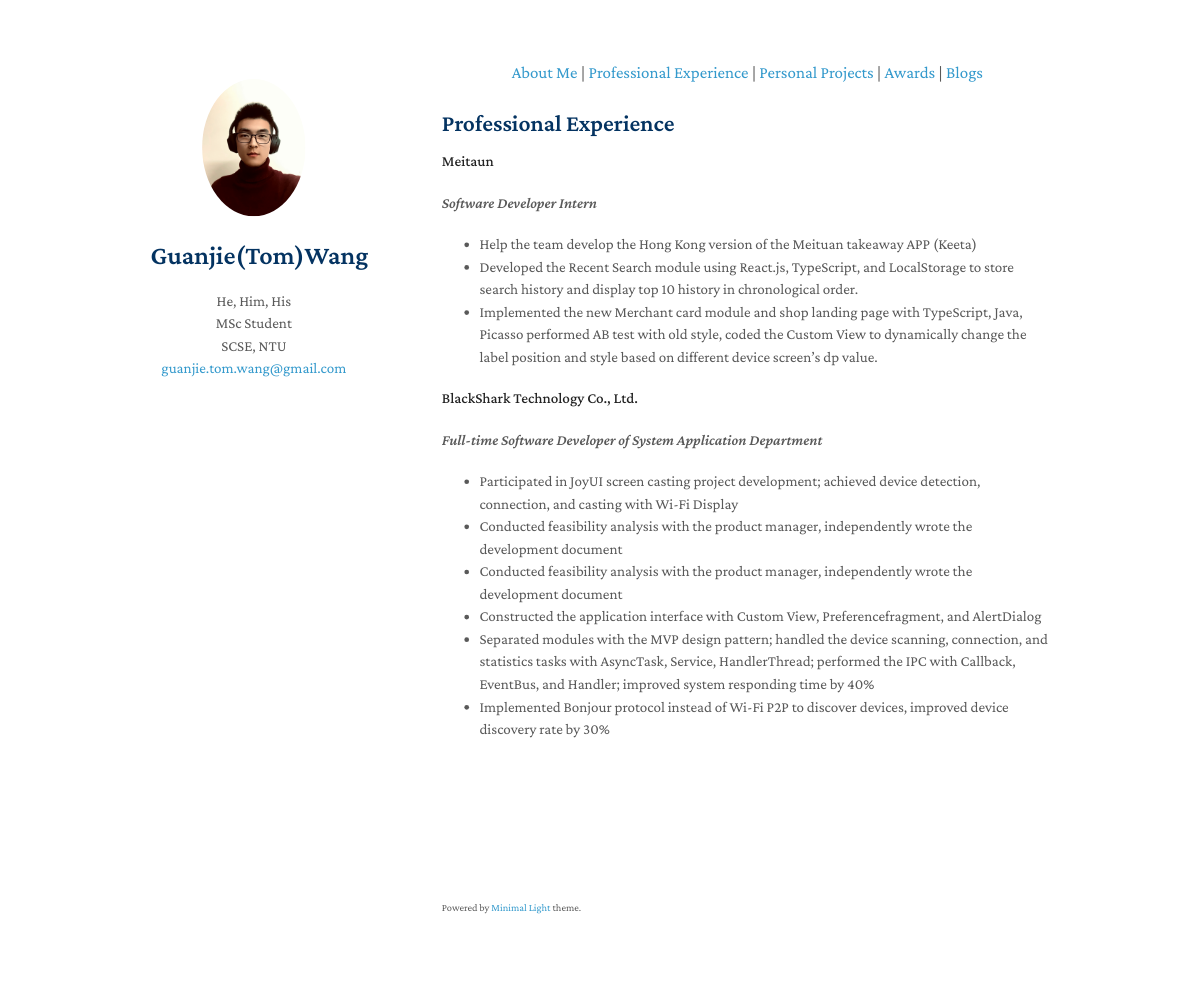
Repository: guanjie01/aboutme
Page: html/professional.html
These files come from the project's save history. The page is drawn as it stood at one moment and after the next save; the edit follows.
The browser window is 1280 px wide. The pictures show the whole page, at 94% of full size.

Above is the page before, as saved 2023-07-30 22:17:56.

### html/professional.html
<!DOCTYPE html>
<html lang="en" class="">
  <head>
    <meta http-equiv="Content-Type" content="text/html; charset=UTF-8" />
    <title>Guanjie Wang</title>
    <link rel="shortcut icon" href="../assert/Icon.ico" />
    <meta http-equiv="X-UA-Compatible" content="IE=edge" />
    <meta name="viewport" content="width=device-width, initial-scale=1" />
    <meta
      name="description"
      content="The Minimal Light is a simple and elegant jekyll theme for academic personal homepage."
    />

    <meta name="keywords" content="minimal academic" />

    <link rel="stylesheet" href="../css/academicons.min.css" />

    <link rel="stylesheet" href="../css/all.min.css" />

    <link rel="stylesheet" href="../css/style.css" />
    <link
      type="text/css"
      rel="stylesheet"
      charset="UTF-8"
      href="../css/translateelement.css"
    />
  </head>
  <script src="../js/Professional.js"></script>
  <body data-new-gr-c-s-check-loaded="14.1087.0" data-gr-ext-installed="">
    <div id="app">
      <div class="spinner">
        <div class="rect1"></div>
        <div class="rect2"></div>
        <div class="rect3"></div>
        <div class="rect4"></div>
        <div class="rect5"></div>
      </div>
      <p style="text-align: center; font-size: 28px">Loading, please wait... </p>
    </div>
    <div class="wrapper">
    <header id="hd">
      <a class="image avatar"
        ><img
          src="../assert/Photo.jpg"
          alt="avatar"
          oncontextmenu="return false"
      /></a>

      <h1>Guanjie(Tom)Wang</h1>
      He, Him, His
      <br />
      MSc Student
      <br />

      SCSE, NTU

      <br />
      <a href="mailto: guanjie.tom.wang@gmail.com"
        >guanjie.tom.wang@gmail.com</a
      >
    </header>
    <section id="main">
      <nav id="nav">
        <a href="https://o-guanjiewang-o.github.io/guanjiewang.com/index.html">About Me</a> |
        <a href="https://o-guanjiewang-o.github.io/guanjiewang.com/html/professional.html">Professional Experience</a> |
        <a href="https://o-guanjiewang-o.github.io/guanjiewang.com/html/project.html">Personal Projects</a> |
        <a href="https://o-guanjiewang-o.github.io/guanjiewang.com/html/awards.html">Awards</a> |
        <a href="https://o-guanjiewang-o.github.io/guanjiewang.com/html/blogs.html">Blogs</a>
      </nav>
      <br />
      <div id="work-experience">
        <h2>Professional Experience</h2>
        <p>
          <strong>Meitaun</strong>
        </p>
        <p>
          <em>Software Developer Intern</em>
        </p>
        <ul>
          <li>
            Help the team develop the Hong Kong version of the Meituan takeaway APP (Keeta)
          </li>
          <li>
            Developed the Recent Search module using React.js, TypeScript, and LocalStorage to store search history and display top 10 history in chronological order.
          </li>
          <li>
            Implemented the new Merchant card module and shop landing page with TypeScript, Java, Picasso performed AB test with old style, coded the Custom View to dynamically change the label position and style based on different device screen’s dp value.
          </li>
        </ul>

        <p>
          <strong>BlackShark Technology Co., Ltd.<br /> </strong>
        </p>
        <p>
          <em>Full-time Software Developer of System Application Department</em>
        </p>
        <ul>
          <li>
            Participated in JoyUI screen casting project development; achieved
            device detection, connection, and casting with Wi-Fi Display
          </li>
          <li>
            Conducted feasibility analysis with the product manager,
            independently wrote the development document
          </li>
          <li>
            Conducted feasibility analysis with the product manager,
            independently wrote the development document
          </li>
          <li>
            Constructed the application interface with Custom View,
            Preferencefragment, and AlertDialog
          </li>
          <li>
            Separated modules with the MVP design pattern; handled the device
            scanning, connection, and statistics tasks with AsyncTask, Service,
            HandlerThread; performed the IPC with Callback, EventBus, and
            Handler; improved system responding time by 40%
          </li>
          <li>
            Implemented Bonjour protocol instead of Wi-Fi P2P to discover
            devices, improved device discovery rate by 30%
          </li>
        </ul>
      </div>

      <div id="reference">
        <br /><br /><br /><br /><br /><br />

        <p>
          <small
            >Powered by
            <a
              href="https://github.com/yaoyao-liu/minimal-light"
              target="_blank"
              rel="noopener"
              >Minimal Light</a
            >
            theme.</small
          >
        </p>
      </div>
    </section>
  </div>
  </body>
</html>

### css/style.css
@import url("https://fonts.googleapis.com/css2?family=Crimson+Pro:ital,wght@0,400;0,500;0,600;1,600&display=swap");
@import url("https://fonts.googleapis.com/css2?family=Ubuntu+Mono&display=swap");
body {
  background-color: #fff;
  padding: 0px;
  font: 16px/1.5 Crimson Pro, serif;
  color: #595959;
  font-weight: 400;
  margin: 0;
}
@keyframes fadeInAnimation {
  0% {
    opacity: 0; /*设置不透明度*/
  }
  100% {
    opacity: 1;
  }
}
.social-icons a {
  display: inline-block;
  height: 3rem;
  width: 3rem;
  background-color: #495057;
  color: #fff !important;
  border-radius: 100%;
  text-align: center;
  font-size: 1.5rem;
  line-height: 3.1rem;
  margin-right: 1rem;
}
.social-icons a:last-child {
  margin-right: 0;
}
.social-icons a:hover {
  background-color: #000000;
}
autocolor {
  color: #494949;
}
lightonly {
  visibility: visible;
}
darkonly {
  visibility: hidden;
}
education {
  font-weight: 500;
  font-size: 115%;
}
papertitle {
  font-weight: 600;
  font-size: 100%;
}
@media (prefers-color-scheme: dark) {
  body {
    background-color: #20212b;
    color: #dadbdf;
  }
  autocolor {
    color: #dadbdf;
  }
  lightonly {
    visibility: hidden;
  }
  darkonly {
    visibility: visible;
  }
  papertitle {
    color: #eeeff0;
  }
}
.image {
  border-radius: 0.35em;
  border: 0;
  display: inline-block;
  position: relative;
}
.image:before {
  -moz-transition: opacity 0.2s ease-in-out;
  -webkit-transition: opacity 0.2s ease-in-out;
  -ms-transition: opacity 0.2s ease-in-out;
  transition: opacity 0.2s ease-in-out;
  border-radius: 0.35em;
  content: "";
  display: block;
  height: 100%;
  left: 0;
  opacity: 0.5;
  position: absolute;
  top: 0;
  width: 100%;
}
.image.avatar {
  border-radius: 100%;
}
.image.avatar:before {
  display: none;
}
.image.avatar img {
  border-radius: 100%;
  width: 50%;
  padding: 20px;
}
#header .image.avatar {
  margin: 0 0 1em 0;
  width: 8em;
}
h1,
h3,
h4,
h5,
h6 {
  font-weight: 600;
  color: #043361;
  margin: 0 0 20px;
}
h2 {
  color: #043361;
  margin: 2px 0px 15px;
  font-size: 157%;
}
@media (prefers-color-scheme: dark) {
  h1,
  h3,
  h4,
  h5,
  h6 {
    color: #3eb7f0;
  }
  h2 {
    color: #3eb7f0;
  }
}
p,
ul,
ol,
table,
pre,
dl {
  margin: 0 0 20px;
}
h1,
h2,
h3 {
  line-height: 1.1;
}
h1 {
  font-size: 28px;
}
a {
  color: #39c;
  text-decoration: none;
}
a:hover {
  color: #069;
}
@media (prefers-color-scheme: dark) {
  a {
    color: #3eb7f0;
  }
}
a small {
  font-size: 11px;
  color: #777;
  margin-top: -0.3em;
  display: block;
}
a:hover small {
  color: #777;
}
.wrapper {
  width: 960px;
  margin: 0 auto;
}
blockquote {
  border-left: 1px solid #e5e5e5;
  margin: 0;
  padding: 0 0 0 20px;
  font-style: italic;
}
code,
pre {
  font-family: Monaco, Bitstream Vera Sans Mono, Lucida Console, Terminal,
    Consolas, Liberation Mono, DejaVu Sans Mono, Courier New, monospace;
  color: #333;
}
pre {
  max-width: 500px;
  padding: 8px 15px;
  background: #f8f8f8;
  border-radius: 5px;
  border: 1px solid #e5e5e5;
  overflow-x: auto;
}
table {
  width: 100%;
  border-collapse: collapse;
}
th,
td {
  text-align: left;
  padding: 5px 10px;
  border-bottom: 1px solid #e5e5e5;
}
dt {
  color: #444;
  font-weight: 500;
}
th {
  color: #444;
}
@media (prefers-color-scheme: dark) {
  th {
    color: #3eb7f0;
  }
  dt {
    color: #3eb7f0;
  }
}
img {
  max-width: 100%;
}
header {
  width: 220px;
  float: left;
  position: fixed;
  -webkit-font-smoothing: subpixel-antialiased;
  padding-top: 4em;
  text-align: center;
  animation: 1s fadeInAnimation;
  animation-iteration-count: 1;
  animation-fill-mode: forwards;
}
nav {
  text-align: center;
  font-size: large;
  animation: 1s fadeInAnimation;
  animation-iteration-count: 1;
  animation-fill-mode: forwards;
}
#about-me {
  animation: 1s fadeInAnimation;
  animation-iteration-count: 1;
  animation-fill-mode: forwards;
}
#work-experience {
  animation: 1s fadeInAnimation;
  animation-iteration-count: 1;
  animation-fill-mode: forwards;
}

#project {
  animation: 1s fadeInAnimation;
  animation-iteration-count: 1;
  animation-fill-mode: forwards;
}
#Awards {
  animation: 1s fadeInAnimation;
  animation-iteration-count: 1;
  animation-fill-mode: forwards;
}
#reference {
  animation: 1s fadeInAnimation;
  animation-iteration-count: 1;
  animation-fill-mode: forwards;
}
header ul {
  list-style: none;
  height: 40px;
  padding: 0;
  background: #f4f4f4;
  border-radius: 5px;
  border: 1px solid #e0e0e0;
  width: 270px;
}
header li {
  width: 89px;
  float: left;
  border-right: 1px solid #e0e0e0;
  height: 40px;
}
header li:first-child a {
  border-radius: 5px 0 0 5px;
}
header li:last-child a {
  border-radius: 0 5px 5px 0;
}
header ul a {
  line-height: 1;
  font-size: 11px;
  color: #999;
  display: block;
  text-align: center;
  padding-top: 6px;
  height: 34px;
}
header ul a:hover {
  color: #999;
}
header ul a:active {
  background-color: #f0f0f0;
}
strong {
  color: #222;
  font-weight: 500;
}
@media (prefers-color-scheme: dark) {
  strong {
    color: #eeeff0;
  }
}
header ul li + li + li {
  border-right: none;
  width: 89px;
}
header ul a strong {
  font-size: 14px;
  display: block;
  color: #222;
}
section {
  width: 650px;
  float: right;
  padding-top: 4em;
  padding-bottom: 50px;
}
small {
  font-size: 11px;
}
hr {
  border: 0;
  background: #e5e5e5;
  height: 1px;
  margin: 0 0 20px;
}
footer {
  width: 220px;
  float: left;
  position: fixed;
  bottom: 30px;
  -webkit-font-smoothing: subpixel-antialiased;
  text-align: center;
}
@media print, screen and (max-width: 960px) {
  div.wrapper {
    width: auto;
    margin: 0;
  }
  header,
  section,
  footer {
    float: none;
    position: static;
    width: auto;
  }
  header {
    padding-right: 320px;
  }
  section {
    border: 1px solid #e5e5e5;
    border-width: 1px 0;
    padding: 20px 0;
    margin: 0 0 20px;
  }
  header a small {
    display: inline;
  }
  header ul {
    position: absolute;
    right: 50px;
    top: 52px;
  }
  .image.avatar img {
    border-radius: 100%;
    width: 117px;
    padding: 20px;
  }
  #head1o2 {
    visibility: hidden;
  }
  #head2o2 {
    visibility: hidden;
  }
}
@media print, screen and (max-width: 960px) {
  body {
    word-wrap: break-word;
    padding: 15px;
  }
  header {
    padding: 0;
  }
  pre,
  code {
    word-wrap: normal;
  }
}
@media print, screen and (max-width: 480px) {
  body {
    padding: 15px;
  }
  header ul {
    width: 99%;
  }
  header li,
  header ul li + li + li {
    width: 33%;
  }
  .image.avatar img {
    border-radius: 100%;
    width: 95px;
    padding: 20px;
  }
  #head1o2 {
    visibility: hidden;
  }
  #head2o2 {
    visibility: hidden;
  }
}
@media print {
  body {
    padding: 0.4in;
    font-size: 12pt;
    color: #444;
  }
}
.biblink {
  text-decoration: none;
  display: inline;
  margin-right: 0px;
}
.fakelink {
  text-decoration: none;
  cursor: pointer;
}
.bibref {
  font-size: 70%;
  margin-top: 10px;
  margin-left: 0px;
  display: none;
  font-family: monospace;
}

.spinner {
  margin: 50px auto;
  width: 300px;
  height: 300px;
  text-align: center;
  font-size: 10px;
}

.spinner > div {
  background-color: #043361;
  height: 100%;
  width: 20px;
  display: inline-block;
  -webkit-animation: stretchDelay 1.2s infinite ease-in-out;
  animation: stretchDelay 1.2s infinite ease-in-out;
}

.spinner .rect2 {
  margin-left: 30px;
  -webkit-animation-delay: -1.1s;
  animation-delay: -1.1s;
}

.spinner .rect3 {
  margin-left: 30px;
  -webkit-animation-delay: -1s;
  animation-delay: -1s;
}

.spinner .rect4 {
  margin-left: 30px;
  -webkit-animation-delay: -0.9s;
  animation-delay: -0.9s;
}

.spinner .rect5 {
  margin-left: 30px;
  -webkit-animation-delay: -0.8s;
  animation-delay: -0.8s;
}

@-webkit-keyframes stretchDelay {
  0%,
  40%,
  100% {
    -webkit-transform: scaleY(0.4);
  }
  20% {
    -webkit-transform: scaleY(1);
  }
}

@keyframes stretchDelay {
  0%,
  40%,
  100% {
    transform: scaleY(0.4);
    -webkit-transform: scaleY(0.4);
  }
  20% {
    transform: scaleY(1);
    -webkit-transform: scaleY(1);
  }
}

Loaded but not shown: css/academicons.min.css (library); css/all.min.css (library); js/Professional.js (22 lines, source omitted); css/translateelement.css (924 lines, source omitted)

After the next save:
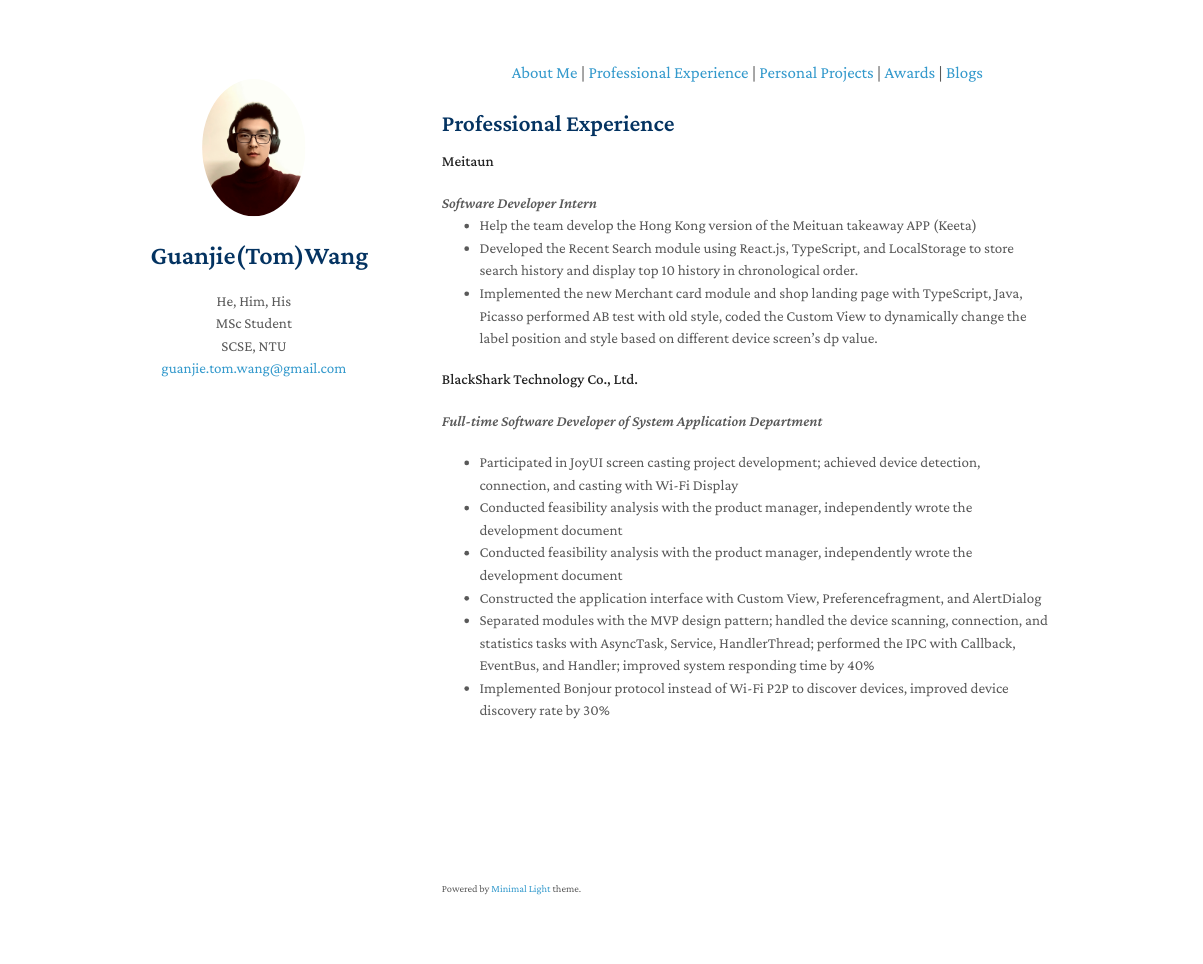
Saved 18 s later.
--- a/html/professional.html
+++ b/html/professional.html
@@ -71,11 +71,9 @@
       <div id="work-experience">
         <h2>Professional Experience</h2>
         <p>
-          <strong>Meitaun</strong>
+          <strong>Meitaun<br /> </strong>
         </p>
-        <p>
           <em>Software Developer Intern</em>
-        </p>
         <ul>
           <li>
             Help the team develop the Hong Kong version of the Meituan takeaway APP (Keeta)
